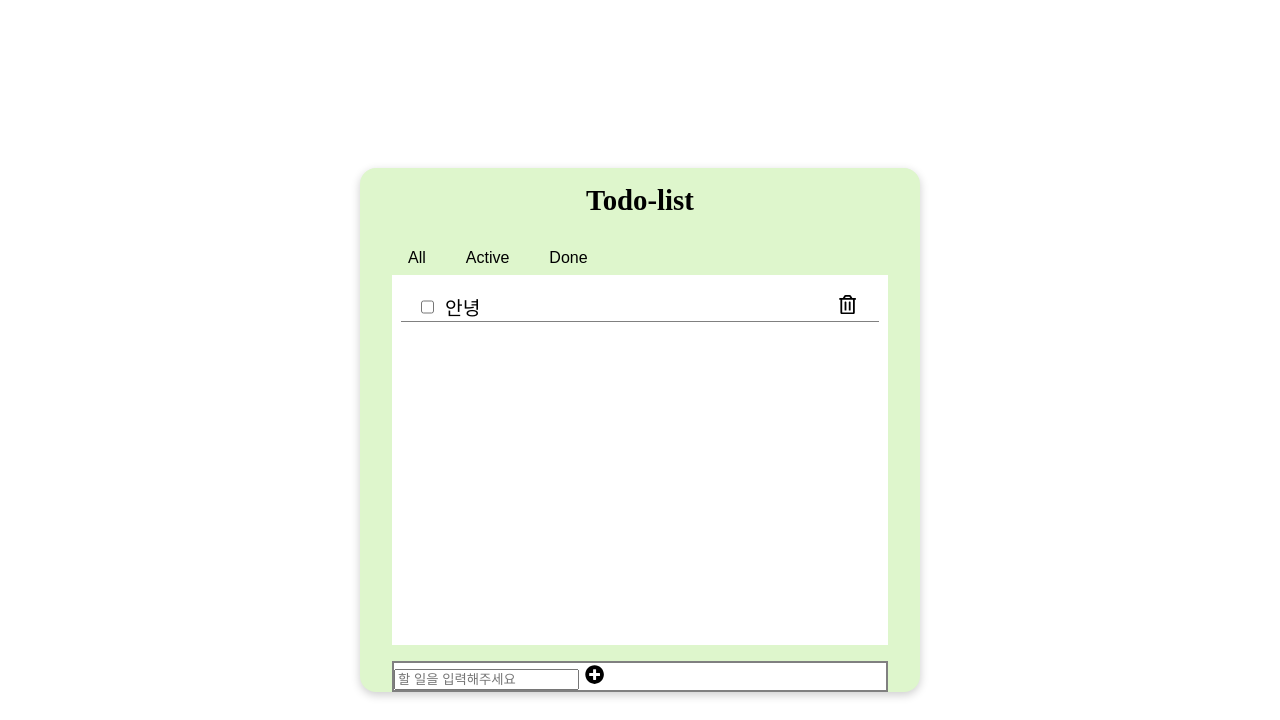
Repository: Yugayoung/todoList
Page: /
An editor plug-in stored every save of this project. The page is shown before and after the next save, followed by the edit.
The browser window is 1280 px wide. The pictures show the whole page.
Some web fonts or font styles are not loaded; a fallback is used. The project was rebuilt for these pictures with package versions that can differ from the ones it lists, and the page was loaded fresh each time. Also part of the build but not shown: src/App.css.

Above is the page before, as saved 2024-03-21 17:33:33.

After the next save:
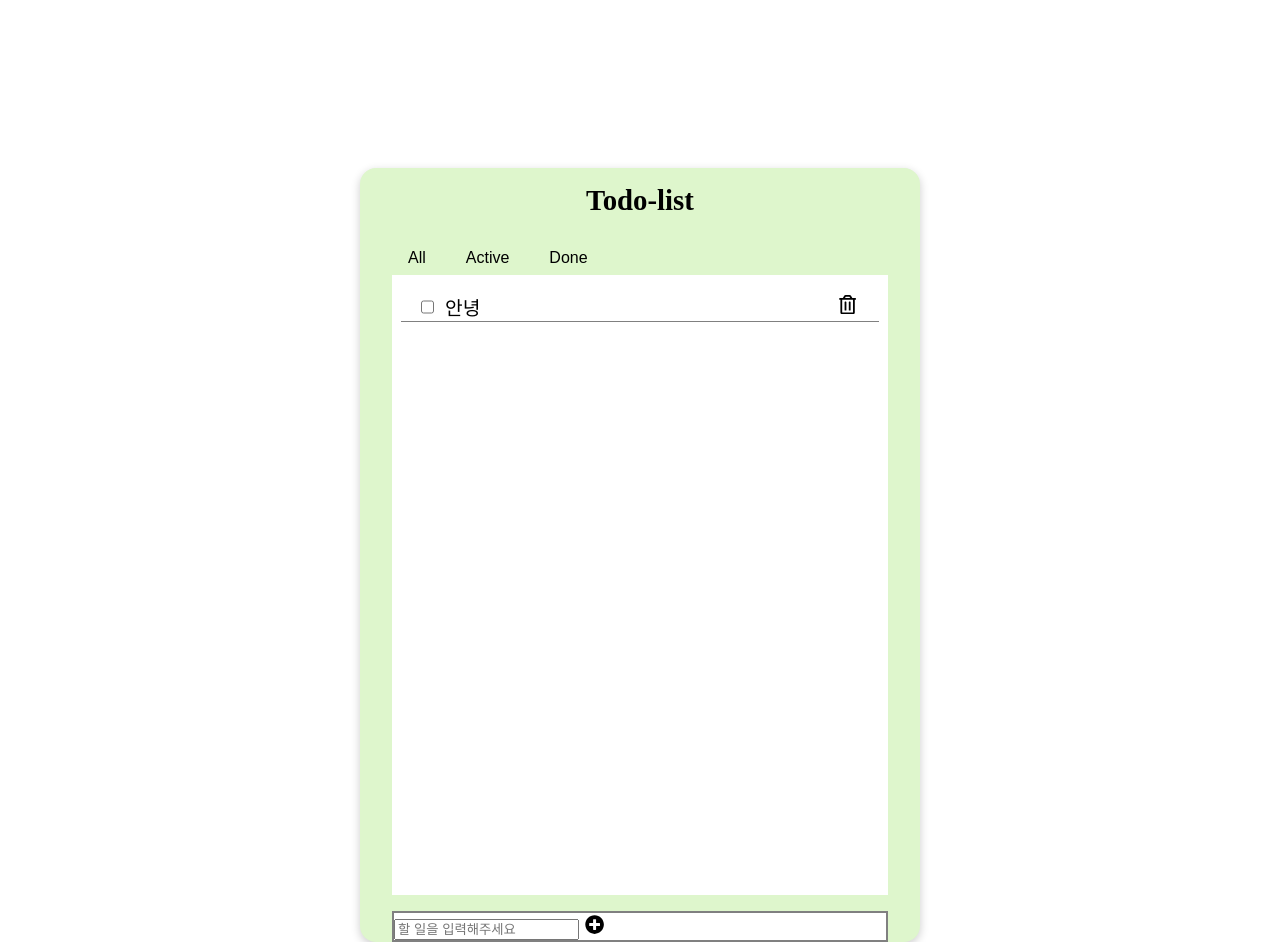
Saved 5 min 50 s later.
--- a/src/pages/todo.jsx
+++ b/src/pages/todo.jsx
@@ -56,7 +56,7 @@ const Label = styled.label`
 const TodoUl = styled.ul`
   background-color: white;
   margin: 0rem;
-  height: 350px;
+  height: 600px;
   padding: 10px 1px;
   flex: 1 1 auto;
   overflow-y: auto;
